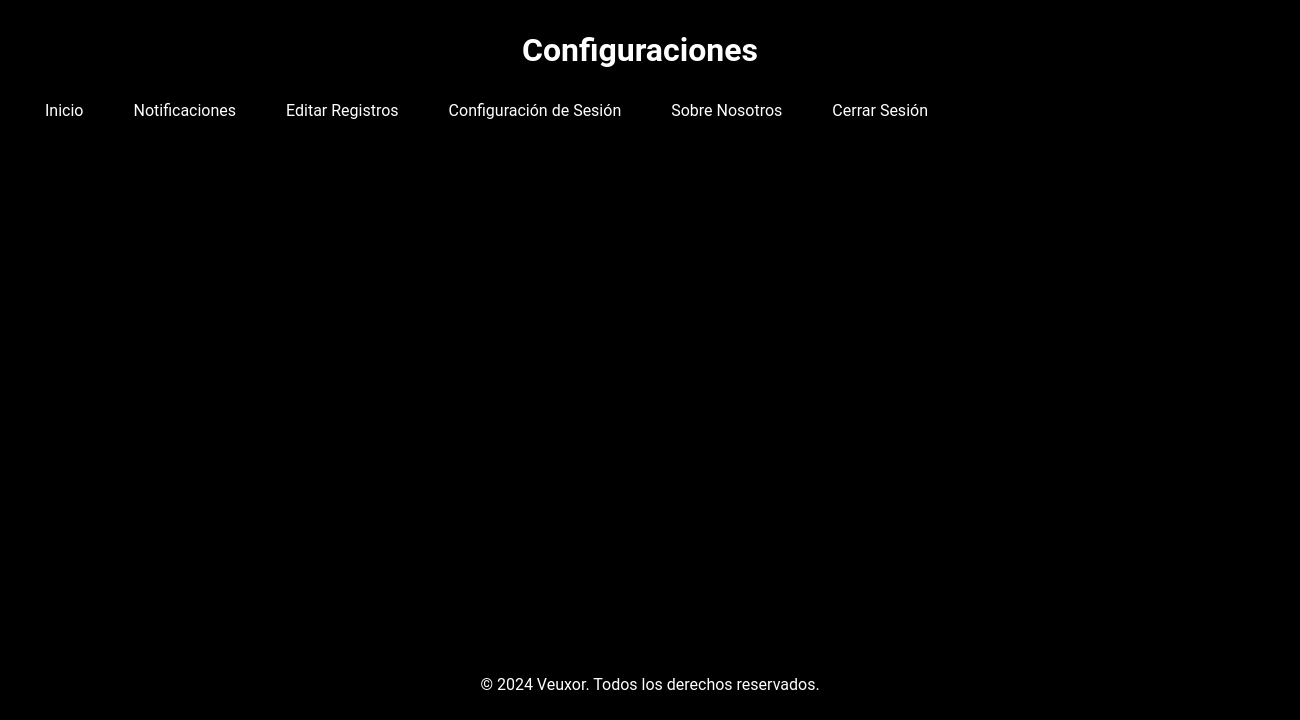
Repository: EddyWebz/updat
Page: privado/config.html
The author's editor kept a copy of each file at every save. The page is drawn from the files as they stood at one save, then again after the next save.
The browser window is 1280 px wide. The page is 1300 px wide, then 1280 px, so the pictures cover 1300 px, including what lies to the right of the window. The pictures show the whole page.

Above is the page before, as saved 2024-09-15 13:01:36.

After the next save:
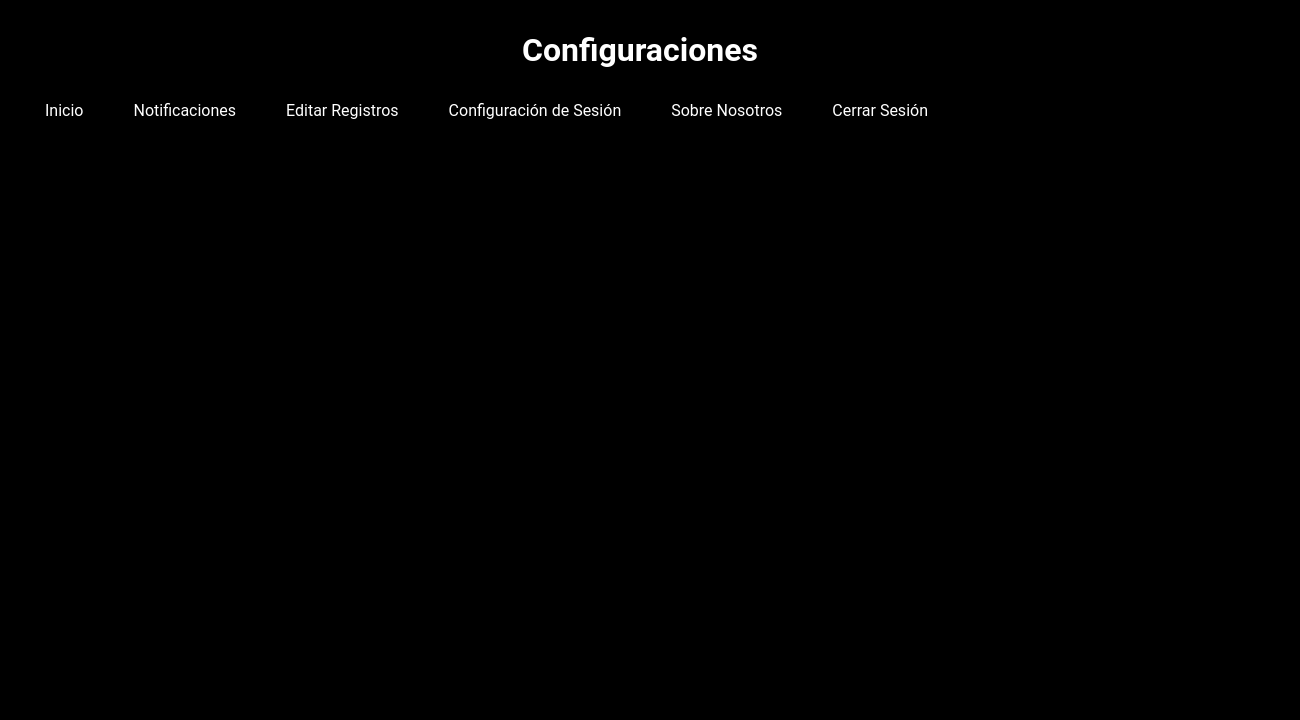
Saved 82 s later.
--- a/privado/config.html
+++ b/privado/config.html
@@ -102,11 +102,6 @@
                 Sed suscipit urna a erat scelerisque suscipit. Etiam ac nibh ac tortor mollis sollicitudin. Vivamus pellentesque velit non suscipit hendrerit. Phasellus feugiat elit eu purus suscipit, et ultricies nunc tempor. Nulla facilisi. Ut auctor sapien at magna vestibulum tincidunt. Vestibulum scelerisque justo at dui aliquam, id viverra odio mollis. Integer dignissim libero non risus tincidunt, vel feugiat magna fringilla. Nunc vitae neque nec nisi porttitor fringilla ac id velit. Nam a urna vel tortor lobortis bibendum vel sed nisi. Curabitur a orci non ante fermentum scelerisque ac nec arcu. Proin in tellus nec enim maximus suscipit eget nec turpis.</p>
     </div>
 
-    <!-- Pie de página básico -->
-    <footer>
-        <p>&copy; 2024 Veuxor. Todos los derechos reservados.</p>
-    </footer>
-
     <!-- Scripts -->
     <script src="/config.js"></script>
 </body>
